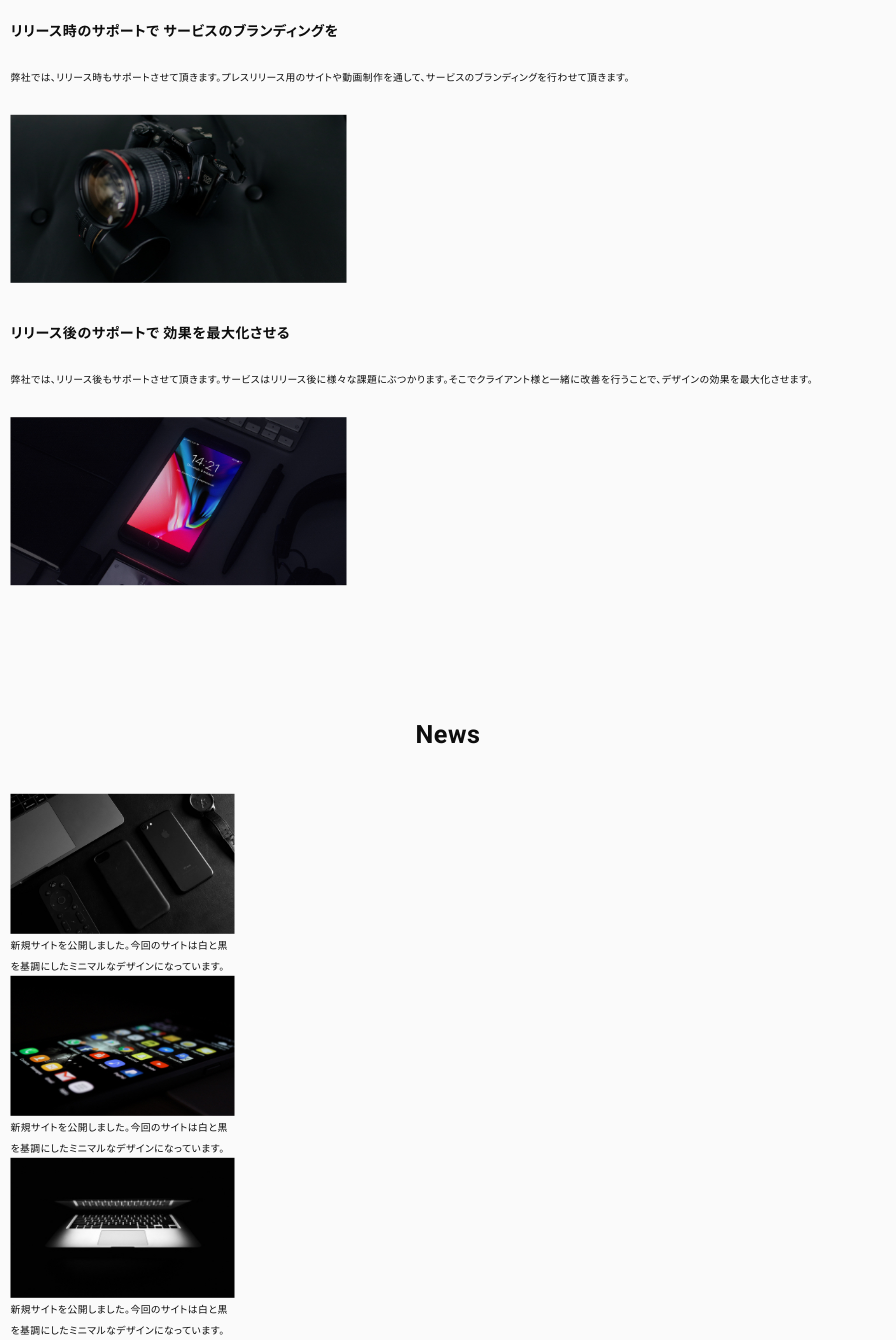
Repository: hatarakimono-kumasan/kurisuta_1st
Page: index.html
The author's editor kept a copy of each file at every save. The page is drawn from the files as they stood at one save, then again after the next save.
The browser window is 1280 px wide. The pictures show the part of the page from y = 2680 to 4600 px (the page is 4594 px tall before and 4600 px after), at 70% of full size.
Some web libraries are served in a nearby version. The style sheet was rebuilt from its Sass, Less or Tailwind sources for each picture, by a compiler version that may differ from the author's.

Above is the page before, as saved 2020-05-15 09:10:55.

### index.html
<!DOCTYPE html>
<html lang="en">
	<head>
		<meta charset="UTF-8" />
		<meta name="viewport" content="width=device-width, initial-scale=1.0" />
		<meta http-equiv="X-UA-Compatible" content="ie=edge" />
		<title>Cresta.design</title>
		<meta name="keywords" content="カンマ区切りで10個以内推奨" />
		<meta name="description" content="120文字以内" />
		<meta property="og:title" content="このページのタイトル" />
		<meta property="og:type" content="TOPページはwebsite、子ページはarticle" />
		<meta property="og:url" content="このページのURL" />
		<meta property="og:image" content="1200×630以上推奨、絶対パスで指定" />
		<meta property="og:site_name" content="サイト名" />
		<meta property="og:description" content="80〜90文字推奨" />
		<meta name="twitter:card" content="summary or summary_large_image" />
		<meta name="twitter:site" content="@ユーザー名" />
		<meta name="format-detection" content="telephone=no" />
		<!-- <link rel="shortcut icon" sizes="16x16" href="ファビコン" />
		<link rel="apple-touch-icon" sizes="192x192" href="タッチアイコン" />
		<link rel="shortcut icon" sizes="192x192" href="タッチアイコン" /> -->
		<meta name="last-modified" content="Sun, 29 Dec 2019 20:30:30 GMT" />
		<link
			href="https://use.fontawesome.com/releases/v5.6.1/css/all.css"
			rel="stylesheet"
		/>
		<link rel="stylesheet" href="style.css" />
		<script
			src="https://code.jquery.com/jquery-3.4.1.min.js"
			integrity="sha256-CSXorXvZcTkaix6Yvo6HppcZGetbYMGWSFlBw8HfCJo="
			crossorigin="anonymous"
		></script>
	</head>
	<body>
		<!-- header -->
		<header class="header">
			<h1 class="site-title"><a href="./">クリ★スタ</a></h1>
			<div class="nav-wrapper">
				<nav class="header-nav">
					<ul class="nav-list">
						<li class="nav-item"><a href="#about">About</a></li>
						<li class="nav-item"><a href="#service">Service</a></li>
						<li class="nav-item"><a href="#news">News</a></li>
						<li class="nav-item"><a href="#contact">Contact</a></li>
					</ul>
				</nav>
			</div>
			<button class="burger-btn">
				<span class="bars">
					<span class="bar bar_top"></span>
					<span class="bar bar_mid"></span>
					<span class="bar bar_bottom"></span>
				</span>
			</button>
		</header>
		<!-- //header -->

		<!--first view-->
		<div class="first_view">
			<img src="img/fv-bgi_sp@2x.jpg" alt="サイトイメージ" />
			<p>Cresta Design.</p>
		</div>
		<!--//first view-->

		<main>
			<!--about-->
			<section class="about" id="about">
				<h2>About</h2>
				<h3>
					ミニマルで<br />
					洗練されたデザインを。
				</h3>
				<p>
					近年、ミニマルなデザインが流行しています。そこで弊社では、クライアント企業様新規サービス等の課題に対してミニマルで洗練されたデザインを実現させることで解決のサポートを致します。もちろん全てのサービスにおいてミニマルなデザインが課題解決になるわけではないので、課題や今後のサービスの展開等しっかりとヒアリングを行なった上でご提案させて頂きます。
				</p>
			</section>
			<!--//about-->

			<!--service-->
			<section class="service" id="service">
				<h2>Service</h2>
				<h3>リリース時のサポートで サービスのブランディングを</h3>
				<p>
					弊社では、リリース時もサポートさせて頂きます。プレスリリース用のサイトや動画制作を通して、サービスのブランディングを行わせて頂きます。
				</p>
				<img src="/img/service-image@2x.jpg" alt="サービス" />
				<h3>リリース後のサポートで 効果を最大化させる</h3>
				<p>
					弊社では、リリース後もサポートさせて頂きます。サービスはリリース後に様々な課題にぶつかります。そこでクライアント様と一緒に改善を行うことで、デザインの効果を最大化させます。
				</p>
				<img src="/img/service-image02@2x.jpg" alt="サービス" />
			</section>
			<!--//service-->

			<!--news-->
			<section class="news" id="news">
				<h2>News</h2>
				<div class="news_card_wrapper">
					<div class="news_card">
						<img
							class="card-img"
							src="img/card-image1@2x.jpg"
							alt="newsイメージ"
						/>
						<div class="card-content">
							<p class="card-text">
								新規サイトを公開しました。今回のサイトは白と黒を基調にしたミニマルなデザインになっています。
							</p>
						</div>
						<!--//card-content-->
					</div>
					<!--//news_card-->
					<div class="news_card">
						<img
							class="card-img"
							src="img/card-image2@2x.jpg"
							alt="newsイメージ"
						/>
						<div class="card-content">
							<p class="card-text">
								新規サイトを公開しました。今回のサイトは白と黒を基調にしたミニマルなデザインになっています。
							</p>
						</div>
						<!--//card-content-->
					</div>
					<!--//news_card-->
					<div class="news_card">
						<img
							class="card-img"
							src="img/card-image3@2x.jpg"
							alt="newsイメージ"
						/>
						<div class="card-content">
							<p class="card-text">
								新規サイトを公開しました。今回のサイトは白と黒を基調にしたミニマルなデザインになっています。
							</p>
						</div>
						<!--//card-content-->
					</div>
					<!--//news_card-->
				</div>
				<!--//news_card_wrapper-->
			</section>
			<!--//news-->
		</main>
		<script src="drawer.js"></script>
	</body>
</html>

### drawer.js
$(".burger-btn").on("click", function () {
	//.btn_triggerをクリックすると
	$(".burger-btn").toggleClass("close"); //.btn_triggerにcloseクラスを付与(ボタンのアニメーション)
	$(".nav-wrapper").fadeToggle(500); //.nav-wrapperが0.5秒でフェードイン(メニューのフェードイン)
	$("body").toggleClass("noscroll"); //bodyにnoscrollクラスを付与(スクロールを固定)
});

if ($(window).width() < 768) {
	//デバイスの幅が768以下のとき
	$(".nav-item>a").on("click", function () {
		//.nav-item>aをクリックすると
		$(".nav-wrapper").fadeOut(500); //.nav-wrapperが0.5秒でフェードアウト(メニューのフェードアウト)
		$(".burger-btn").removeClass("close"); //.btn_triggerのcloseクラスを削除
		$("body").removeClass("noscroll"); //bodyのnoscrollクラスを削除
	});
}

### style.scss
/* ======================================
Foundation
====================================== */

@import "scss/foundation/reset";
@import "scss/foundation/mixin";
@import "scss/foundation/settings";
@import "scss/foundation/base";

/* ======================================
Layout
====================================== */

@import "scss/layout/header";
// @import 'layout/nav';
@import "scss/layout/main";
// @import 'layout/footer';

/* ======================================
Object
====================================== */

/**
Component
----------------------------------- */

// @import 'object/component/';

/**
Project
----------------------------------- */

// @import 'object/project/';

/**
Utility
----------------------------------- */
// @import 'object/utility/';

### scss/foundation/_reset.scss
html,
body,
div,
span,
object,
iframe,
h1,
h2,
h3,
h4,
h5,
h6,
p,
blockquote,
pre,
abbr,
address,
cite,
code,
del,
dfn,
em,
img,
ins,
kbd,
q,
samp,
small,
strong,
sub,
sup,
var,
b,
i,
dl,
dt,
dd,
ol,
ul,
li,
fieldset,
form,
label,
legend,
table,
caption,
tbody,
tfoot,
thead,
tr,
th,
td,
article,
aside,
canvas,
details,
figcaption,
figure,
footer,
header,
hgroup,
menu,
nav,
section,
summary,
time,
mark,
audio,
video {
	margin: 0;
	padding: 0;
	border: 0;
	outline: 0;
	font-size: 100%;
	vertical-align: baseline;
	background: transparent;
}
body {
	line-height: 1;
}
article,
aside,
details,
figcaption,
figure,
footer,
header,
hgroup,
menu,
nav,
section,
main {
	display: block;
}
ol,
ul {
	list-style: none;
}
blockquote,
q {
	quotes: none;
}
blockquote:before,
blockquote:after,
q:before,
q:after {
	content: "";
	content: none;
}
a {
	margin: 0;
	padding: 0;
	font-size: 100%;
	vertical-align: baseline;
	background: transparent;
}
ins {
	background-color: #ff9;
	color: #333;
	text-decoration: none;
}
mark {
	background-color: #ff9;
	color: #333;
	font-style: italic;
	font-weight: bold;
}
del {
	text-decoration: line-through;
}
abbr[title],
dfn[title] {
	border-bottom: 1px dotted;
	cursor: help;
}
table {
	border-collapse: collapse;
	border-spacing: 0;
}
hr {
	display: block;
	height: 1px;
	border: 0;
	border-top: 1px solid #cccccc;
	margin: 1em 0;
	padding: 0;
}
input,
select {
	vertical-align: middle;
}

### scss/foundation/_mixin.scss
/*================================================= mixin (mobile to pc)
=================================================*/
$tab: 768px;
$lap: 1024px;
$pc: 1200px;

@mixin tab {
	@media screen and (min-width: ($tab)) {
		@content;
	}
}

@mixin lap {
	@media screen and (min-width: ($lap)) {
		@content;
	}
}

@mixin pc {
	@media screen and (min-width: ($pc)) {
		@content;
	}
}

/*================================================= トラッキング(letter-spacing)のmixin
=================================================*/
@mixin tracking($tracking) {
	letter-spacing: ($tracking / 1000) + em;
}

// 利用するとき
//   p {
//    @include tracking(16);
//   }

### scss/foundation/_settings.scss
/*
font
------------------------------------------*/
@import url("https://fonts.googleapis.com/css2?family=Roboto:wght@400;700&display=swap");
@import url("https://fonts.googleapis.com/css2?family=Noto+Sans+JP:wght@700&display=swap");
body {
	font-family: Roboto, "Noto Sans JP", 游ゴシック, "Yu Gothic", 游ゴシック体,
		YuGothic, "ヒラギノ角ゴ Pro W3", "Hiragino Kaku Gothic Pro", "Meiryo UI",
		メイリオ, Meiryo, sans-serif;
	font-size: medium;
	letter-spacing: 0.05em;
	word-break: break-all;
}
h1,
h2,
h3,
h4,
h5,
strong {
	font-weight: bold;
}

/*フォントサイズ
https://websemantics.uk/tools/responsive-font-calculator/
-------------------------------------------------*/
html {
	font-size: 62.5%;
}
body {
	font-size: 1.6rem; /* 16px*/
	line-height: 2;
}
h1 {
	font-size: 26px; /* IE8以下とAndroid4.3以下用フォールバック */
	font-size: 2.6rem;
	line-height: calc(24 / 36);
	font-family: Roboto;
}
h2 {
	font-size: 36px; /* IE8以下とAndroid4.3以下用フォールバック */
	font-size: 3.6rem;
	line-height: calc(24 / 36);
	font-family: Roboto;
	text-align: center;
}
h3 {
	font-size: 20px; /* IE8以下とAndroid4.3以下用フォールバック */
	font-size: 2rem;
	line-height: calc(40 / 20);
	font-family: "Noto Sans JP";
}
p {
	font-size: 14px; /* IE8以下とAndroid4.3以下用フォールバック */
	font-size: 1.4rem;
	line-height: calc(30 / 14);
	font-family: "Noto Sans JP";
	@include tracking(50);
}

### scss/foundation/_base.scss
/*
Base
---------------------------------------------- */
html {
	box-sizing: border-box;
	height: 100%;
}
*,
*:before,
*:after {
	box-sizing: inherit;
}
body {
	height: 100%;
	font-feature-settings: "palt";
	color: #0d0d0d;
	background-color: #fafafa;
}
img {
	max-width: 100%;
	height: auto;
	vertical-align: bottom;
}
a {
	color: inherit;
}
input,
textarea {
	font-family: inherit;
	font-size: 100%;
}

### scss/layout/_header.scss
// body {
// 	color: #141414;
// 	font-size: 1.4rem;
// 	line-height: 1.8;
// 	letter-spacing: 0.05em;

// 	font-family: "Roboto", sans-serif, "Noto Sans JP", sans-serif;
// }
.noscroll {
	overflow: hidden;
}
/* img {
	width: 100%;
	vertical-align: bottom;
} */
a {
	text-decoration: none;
	color: #fff;
}
// .section-title {
// 	font-size: 3.6rem;
// 	font-weight: bold;
// 	text-align: center;
// 	letter-spacing: 0.05em;
// 	margin-bottom: 70px;
// }
// h3 {
// 	font-size: 2.4rem;
// 	font-weight: bold;
// 	line-height: 2;
// 	letter-spacing: 0.1em;
// 	margin-bottom: 40px;
// }
// .section-wrapper {
// 	padding: 100px 10% 50px;
// }

/* ------------------ */
/* header */
/* ------------------ */
.header {
	background-color: #1b1310;
	color: #fff;
	height: 74px;
	display: flex;
	justify-content: space-between;
	align-items: center;
	padding: 0 120px;
	border-bottom: 1px solid #fff;
}
.nav-list {
	/* navの横並び */
	display: flex;
}
.nav-item {
	/* メニューの右側に余白 */
	margin-right: 55px;
}
.burger-btn {
	display: none;
}

@media screen and (max-width: 768px) {
	/* ----------------------- */
	/* base_sp
/* ----------------------- */

	// h3 {
	// 	font-size: 2rem;
	// 	margin-bottom: 30px;
	// }
	// .section-wrapper {
	// 	padding: 100px 5% 50px;
	// }
	/* ------------------ */
	/* humberger-menu */
	/* ------------------ */
	.header {
		padding: 0 5%;
	}
	.burger-btn {
		display: block;
		width: 39px;
		height: 39px;
		position: relative;
		z-index: 3;
		/*   codepenの挙動のため */
		background-color: transparent;
		border: none;
	}
	.bar {
		width: 20px;
		height: 1px;
		display: block;
		position: absolute;
		left: 50%;
		transform: translateX(-50%);
		background-color: #fff;
	}
	.bar_top {
		top: 10px;
	}
	.bar_mid {
		top: 50%;
		transform: translate(-50%, -50%);
	}
	.bar_bottom {
		bottom: 10px;
	}
	.burger-btn.close .bar_top {
		transform: translate(-50%, 10px) rotate(45deg);
		transition: transform 0.3s;
	}
	.burger-btn.close .bar_mid {
		opacity: 0;
		transition: opacity 0.3s;
	}
	.burger-btn.close .bar_bottom {
		transform: translate(-50%, -8px) rotate(-45deg);
		transition: transform 0.3s;
	}
	.nav-wrapper {
		display: none;
		width: 100vw;
		height: 100vh;
		position: fixed;
		top: 0;
		left: 0;
		z-index: 2; /*キービジュアルと.btn_triggerとの重なりの前後関係を調整*/
	}
	.header-nav {
		width: 100%;
		height: 100%;
		background-color: #1b1310;
		z-index: 2;
	}
	.header-nav .nav-list {
		display: block;
		position: absolute;
		top: 50%;
		left: 50%;
		transform: translate(-50%, -50%);
		text-align: center;
	}
	.header-nav .nav-item {
		margin-right: 0;
		margin-bottom: 40px;
	}
}

### scss/layout/_main.scss
/*=======================================
first view
=========================================*/
.first_view {
	width: 100%;
	position: relative;

	img {
		min-width: 100%;
	}
	p {
		width: 300px;
		height: 100px;
		border: #fff 2px solid;
		color: #fff;
		position: absolute;
		transform: translateY(-50%);
		font-size: 3rem;
		top: 50%;
		left: 50%;
		text-align: center;
		transform: translate(-50%, -50%);
		line-height: 100px;
	}
}

/*=============================================
all
===============================================*/
main {
	width: calc(100% - 30px);
	margin: auto;
	margin-top: 10rem;
	margin-bottom: 5rem;
}
.about,
.service,
.news {
	width: 100%;
	margin-bottom: 15rem;
	h2 {
		margin-bottom: 7.3rem;
	}
	h3 {
		margin-bottom: 3.1rem;
	}
}

/*=============================================
about
===============================================*/

/*=============================================
service
===============================================*/
.service {
	img {
		margin: 4rem 0 5.1rem;
	}
}

/*=============================================
news
===============================================*/
.news {
	.news_card_wrapper {
		.news_card {
			width: 32rem;
		}
	}
}

After the next save:
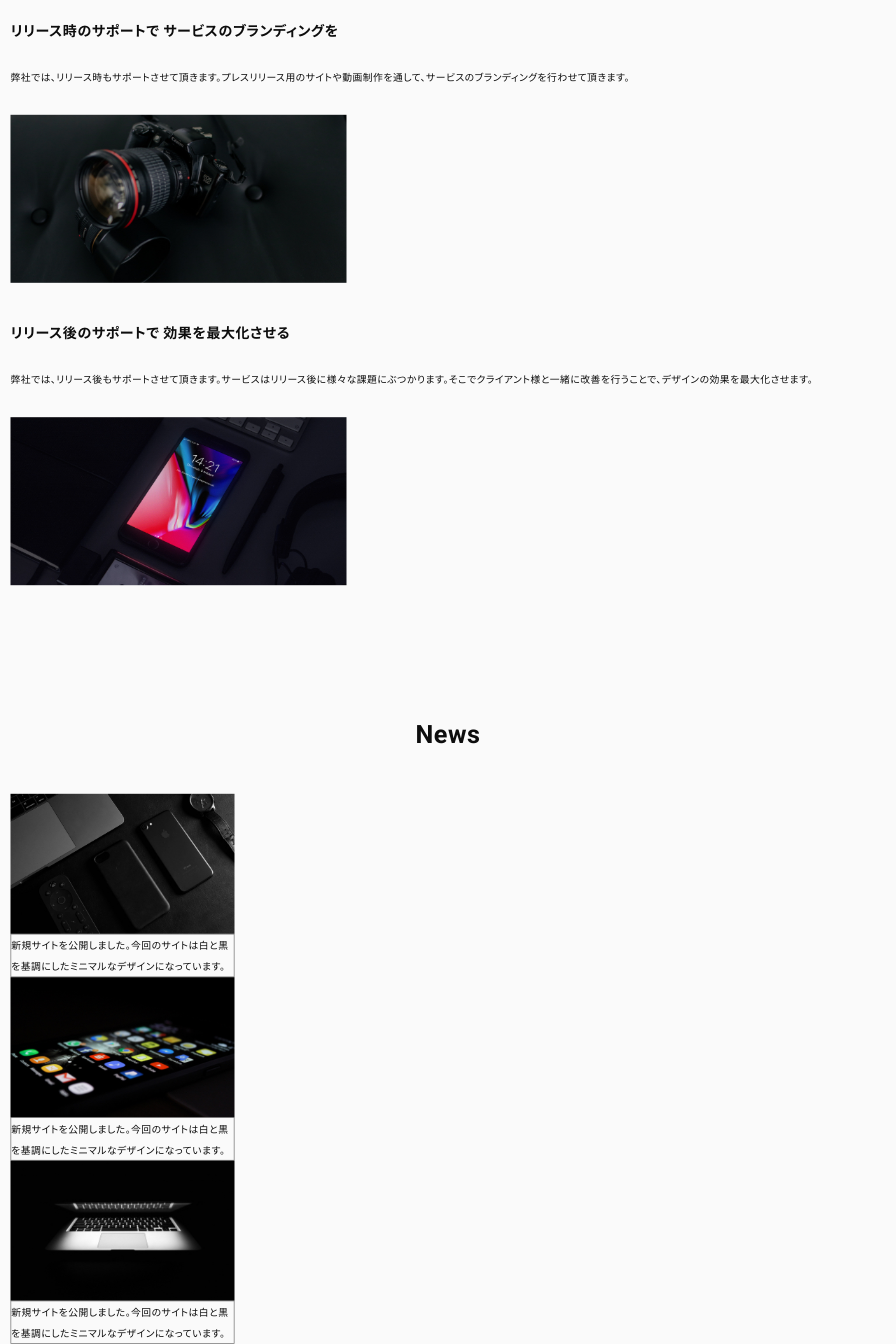
Saved 3 min 40 s later.
--- a/scss/layout/_main.scss
+++ b/scss/layout/_main.scss
@@ -66,6 +66,10 @@ news
 	.news_card_wrapper {
 		.news_card {
 			width: 32rem;
+
+			.card-content {
+				border: 1px solid #707070;
+			}
 		}
 	}
 }
